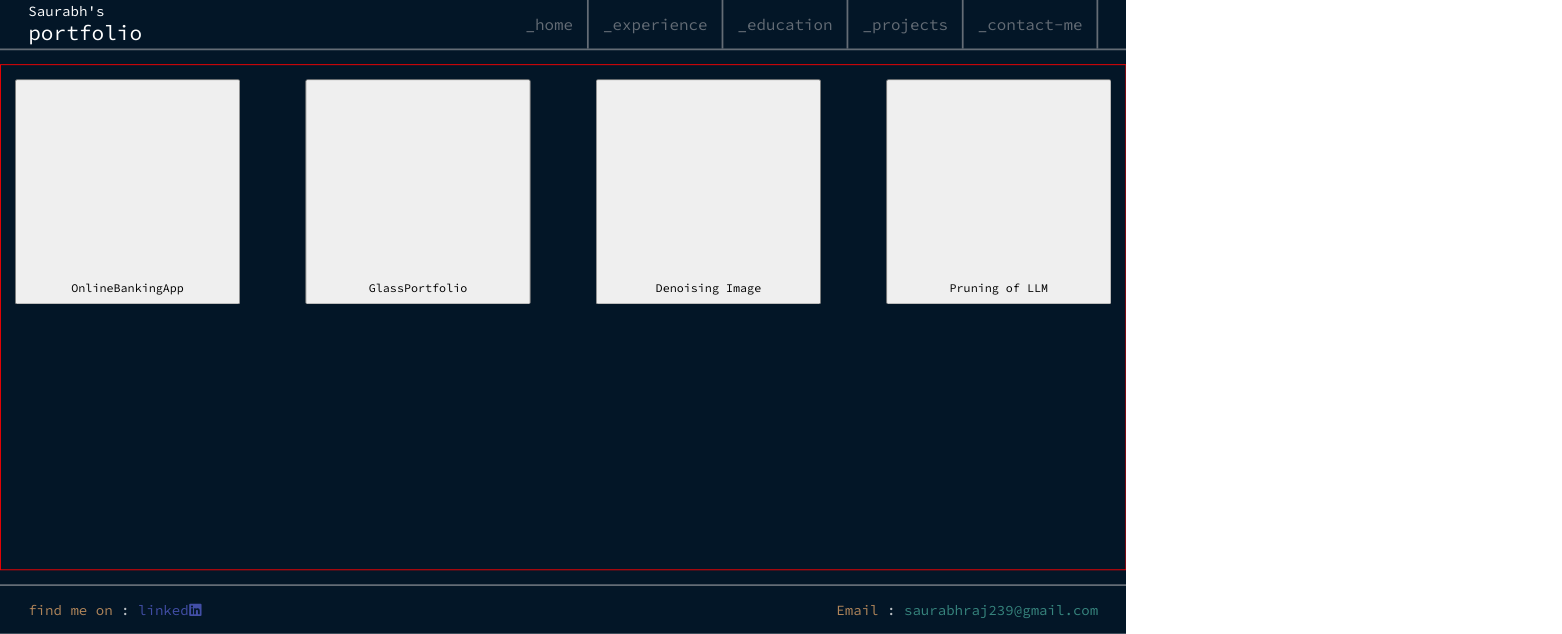
Repository: saurabhraj23/FrontendReactPortfolio
Page: /projects
The author's editor kept a copy of each file at every save. The page is drawn from the files as they stood at one save, then again after a run of saves.
The browser window is 1280 px wide. The page is 1280 px wide, then 1775 px, then 1280 px, so the pictures cover 1775 px, including what lies to the right of the window. The pictures show the whole page, at 88% of full size.
The project was rebuilt for these pictures with package versions that can differ from the ones it lists, and the page was loaded fresh each time. Also part of the build but not shown: vite.config.js, src/components/Education.jsx, src/components/Experience.jsx, src/components/Contacts.jsx, src/styles/default-page.css, src/components/DefaultPage.jsx.

Above is the page before, as saved 2024-07-23 03:07:58.

After the next 2 saves:
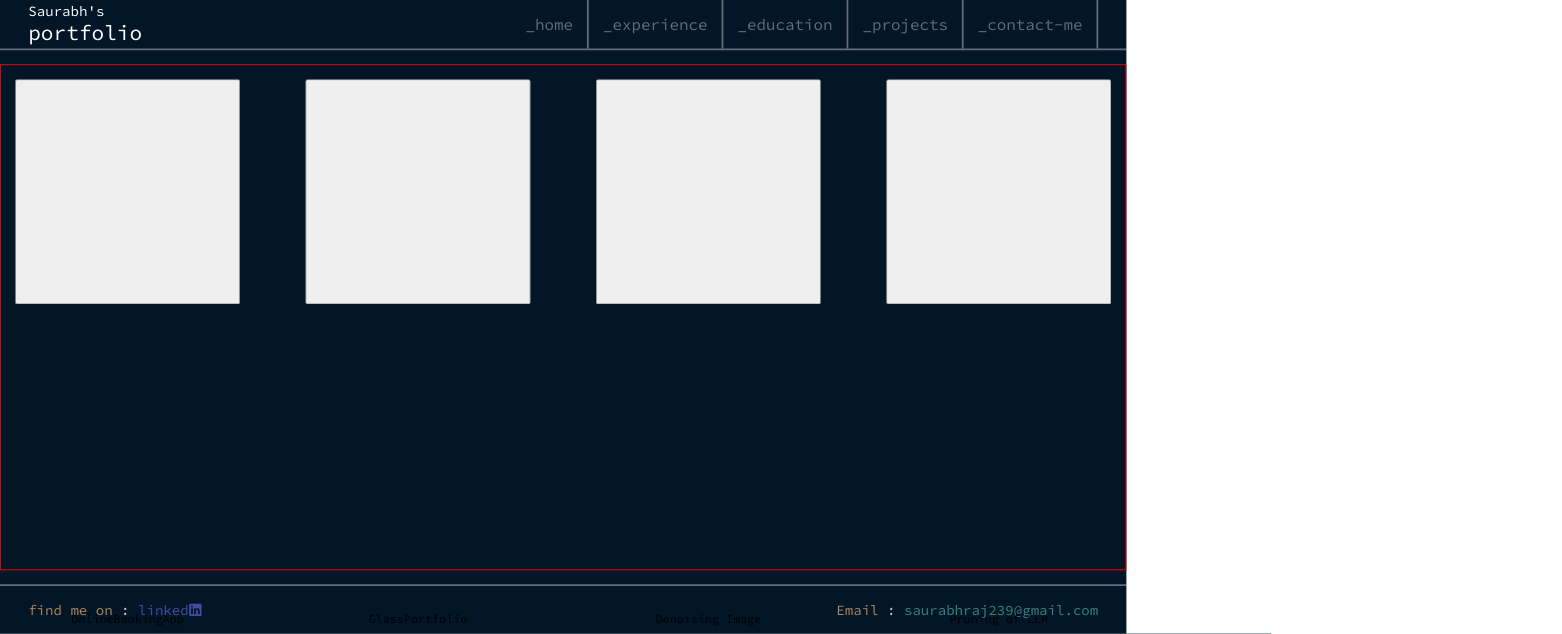
The 2 saves are shown as one change because they came seconds apart.
The last was saved 15 s later.
--- a/src/styles/project.css
+++ b/src/styles/project.css
@@ -20,11 +20,13 @@
   height: 20vw;
   display: flex;
   flex-direction: column;
-  position: relative;
+  align-items: center;
+  justify-content: center;
 }
 
 .project-item:hover{
   cursor: pointer;
+  position: relative;
 
 }
 

After the 2 saves that followed:
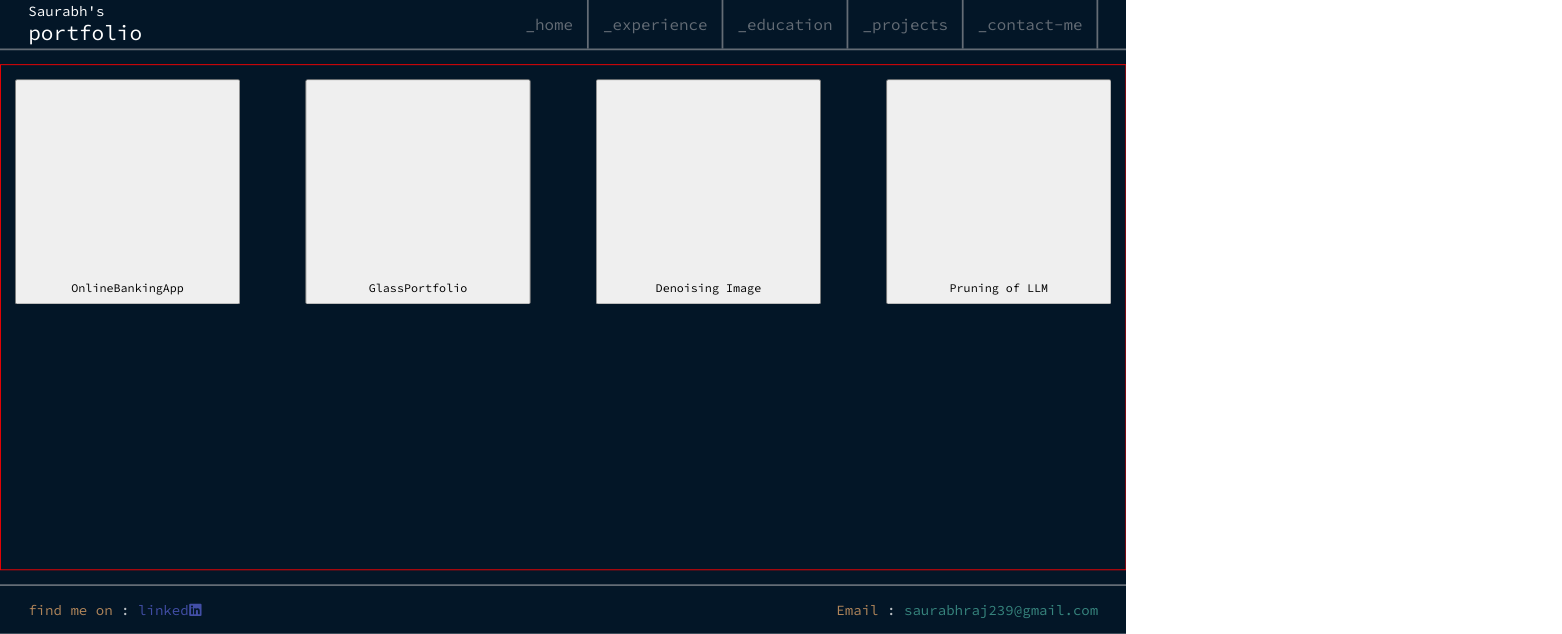
The 2 saves are shown as one change because 1 left the picture as it was.
The last was saved 41 s later.
--- a/src/styles/project.css
+++ b/src/styles/project.css
@@ -20,14 +20,11 @@
   height: 20vw;
   display: flex;
   flex-direction: column;
-  align-items: center;
-  justify-content: center;
+  position: relative;
 }
 
 .project-item:hover{
   cursor: pointer;
-  position: relative;
-
 }
 
 .project-item span{
